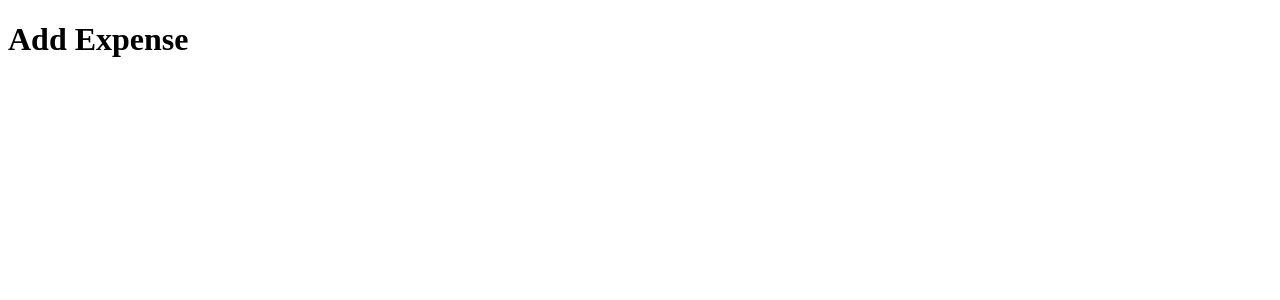
Repository: DrNikita/ExpenseTrackerSpringBootApp
Page: http://localhost/ExpenseTracker/WEB-ING/views/expense.jsp
The author's editor kept a copy of each file at every save. The page is drawn from the files as they stood at one save, then again after the next save.
The browser window is 1280 px wide. The pictures show the whole page.
The page is served by Tomcat 9.

Above is the page before, as saved 2022-07-05 15:11:18.

After the next save:
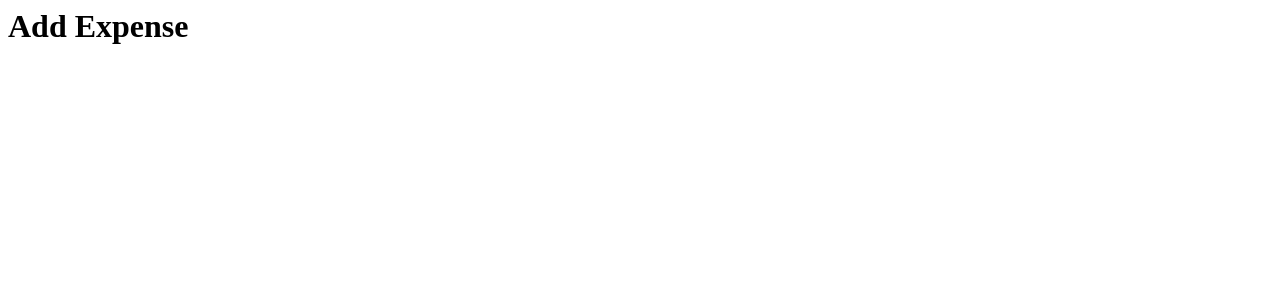
Saved 26 s later.
--- a/ExpenseTracker/src/main/webapp/WEB-ING/views/expense.jsp
+++ b/ExpenseTracker/src/main/webapp/WEB-ING/views/expense.jsp
@@ -2,6 +2,8 @@
 	pageEncoding="UTF-8"%>
 
 <%@ taglib prefix="form" uri="http://www.springframework.org/tags/form"%>
+
+<c:set var="contextRoot" value="${pageContext.request.contextPath}" />
 
 <!DOCTYPE html>
 <html>
